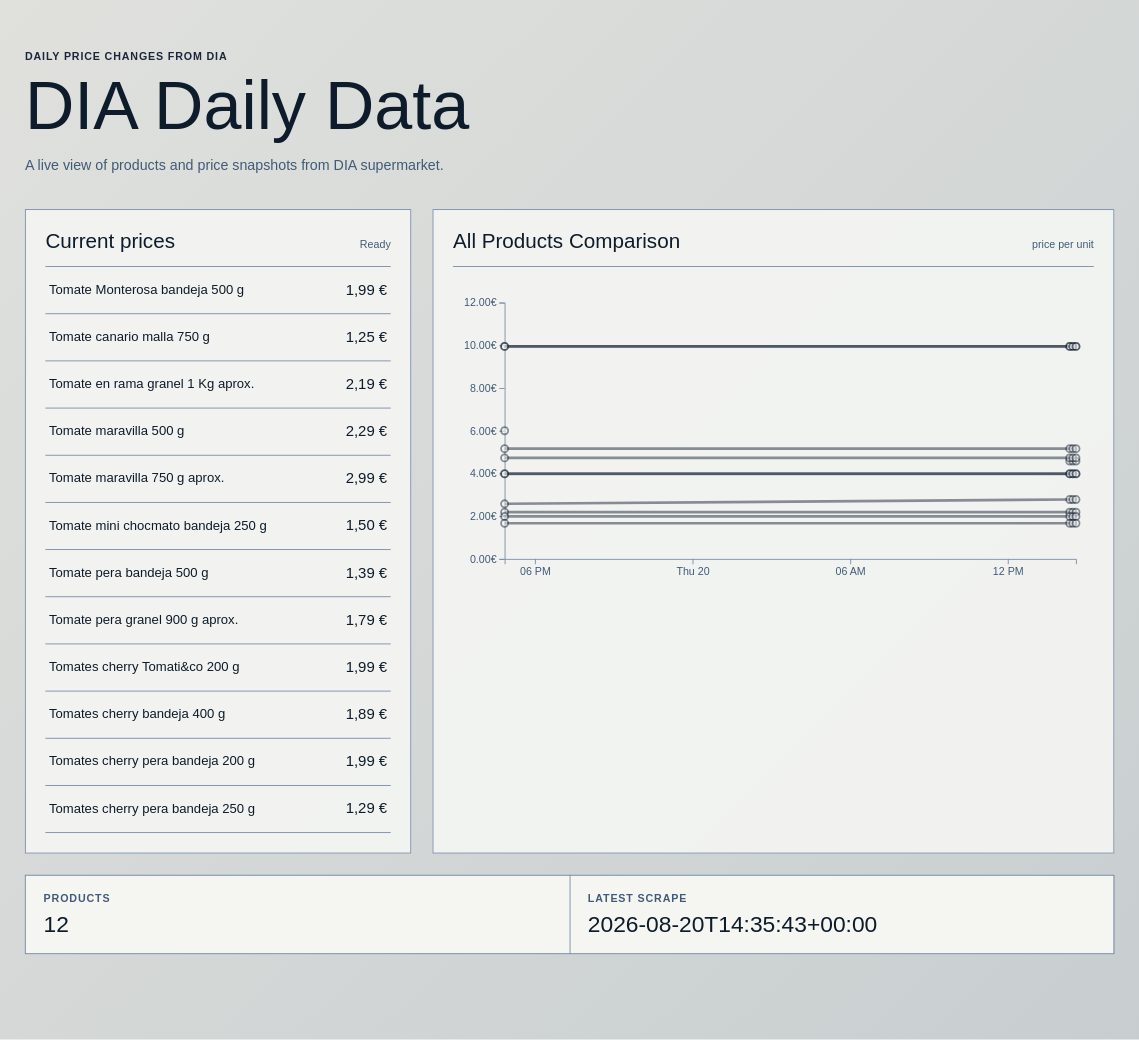
Repository: lloop/dia-daily-data
Page: http://localhost/
The author's editor kept a copy of each file at every save. The page is drawn from the files as they stood at one save, then again after the next save.
The browser window is 1280 px wide. The pictures show the whole page, at 89% of full size.
The page is served by the project's application, run on Flask 3 (app.py). The page reads the database file committed with the project.

Above is the page before, as saved 2026-08-20 17:20:47.

After the next save:
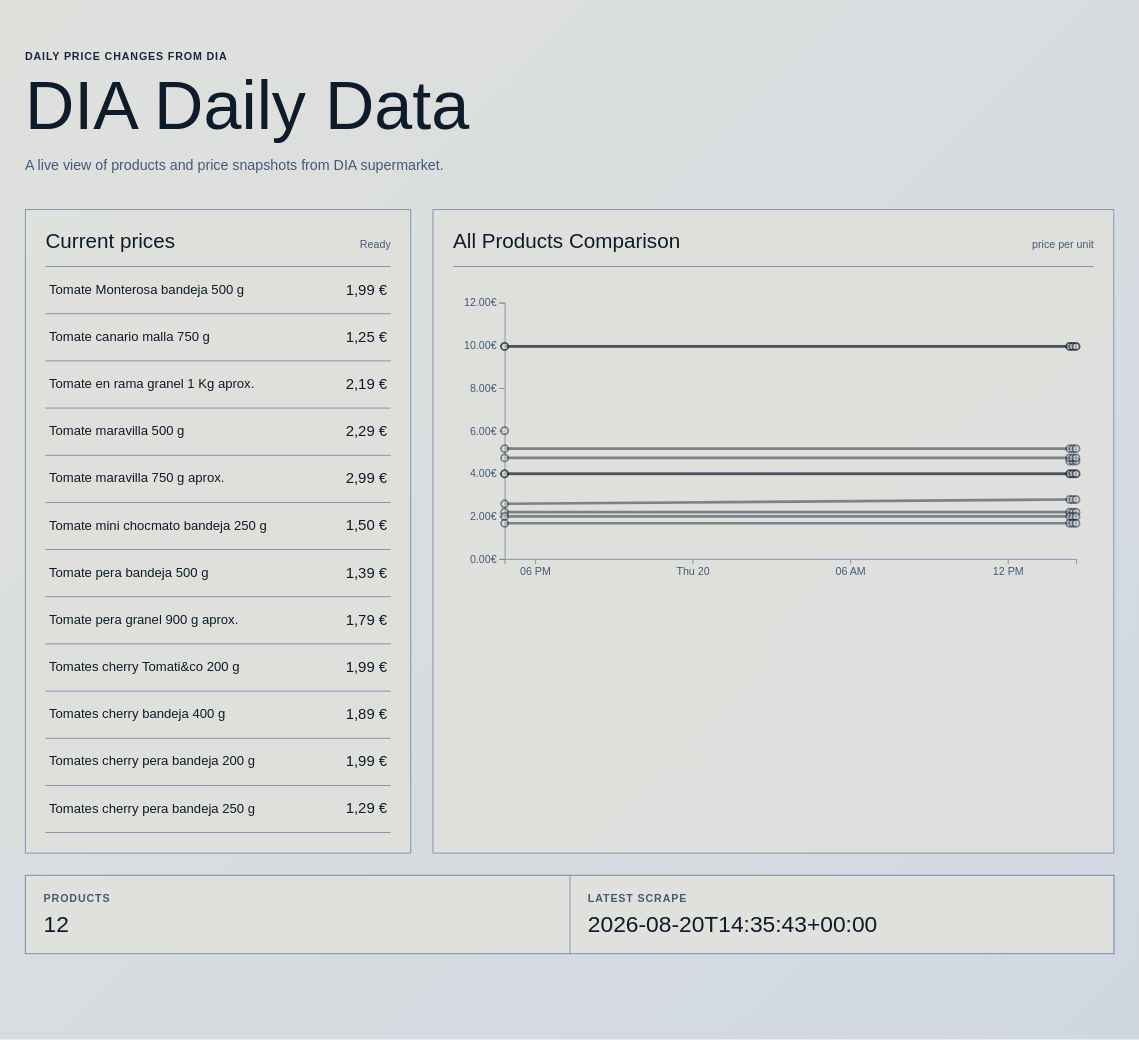
Saved 15 s later.
--- a/static/styles.css
+++ b/static/styles.css
@@ -8,14 +8,14 @@
   --ink: var(--ink-black);
   --muted: var(--dusk-blue);
   --paper: var(--alabaster-grey);
-  --panel: #f5f6f2;
+  --panel: var(--alabaster-grey);
   --line: var(--dusty-denim);
   --accent: var(--prussian-blue);
   --accent-soft: rgba(119, 141, 169, 0.2);
 }
 
 * { box-sizing: border-box; }
-body { margin: 0; background: linear-gradient(135deg, var(--alabaster-grey), #c8ced0); color: var(--ink); font-family: Arial, Helvetica, sans-serif;}
+body { margin: 0; background: linear-gradient(135deg, var(--alabaster-grey), rgba(119, 141, 169, 0.35)); color: var(--ink); font-family: Arial, Helvetica, sans-serif;}
 .dashboard { max-width: 1280px; margin: 0 auto; padding: 56px 28px 72px; }
 .dashboard__header { max-width: 700px; margin-bottom: 36px; }
 .eyebrow, .summary__label, #status, #chart-unit { font: 600 0.75rem/1.2 Arial, sans-serif; letter-spacing: 0.08em; text-transform: uppercase; }
@@ -27,7 +27,7 @@
 .summary__label { display: block; color: var(--muted); margin-bottom: 8px; }
 .summary strong { font-size: 1.6rem; font-weight: 500; }
 .content-grid { display: grid; grid-template-columns: minmax(260px, 0.85fr) minmax(420px, 1.5fr); gap: 24px; margin-bottom: 24px;}
-.panel { background: rgba(245, 246, 242, 0.92); border: 1px solid var(--line); padding: 22px; min-height: 420px; }
+.panel { background: rgba(224, 225, 221, 0.92); border: 1px solid var(--line); padding: 22px; min-height: 420px; }
 .panel__heading { display: flex; align-items: baseline; justify-content: space-between; gap: 16px; border-bottom: 1px solid var(--line); padding-bottom: 14px; }
 h2 { font-size: 1.45rem; font-weight: 500; margin: 0; }
 #status, #chart-unit { color: var(--muted); letter-spacing: 0; text-transform: none; font-weight: 400; }
